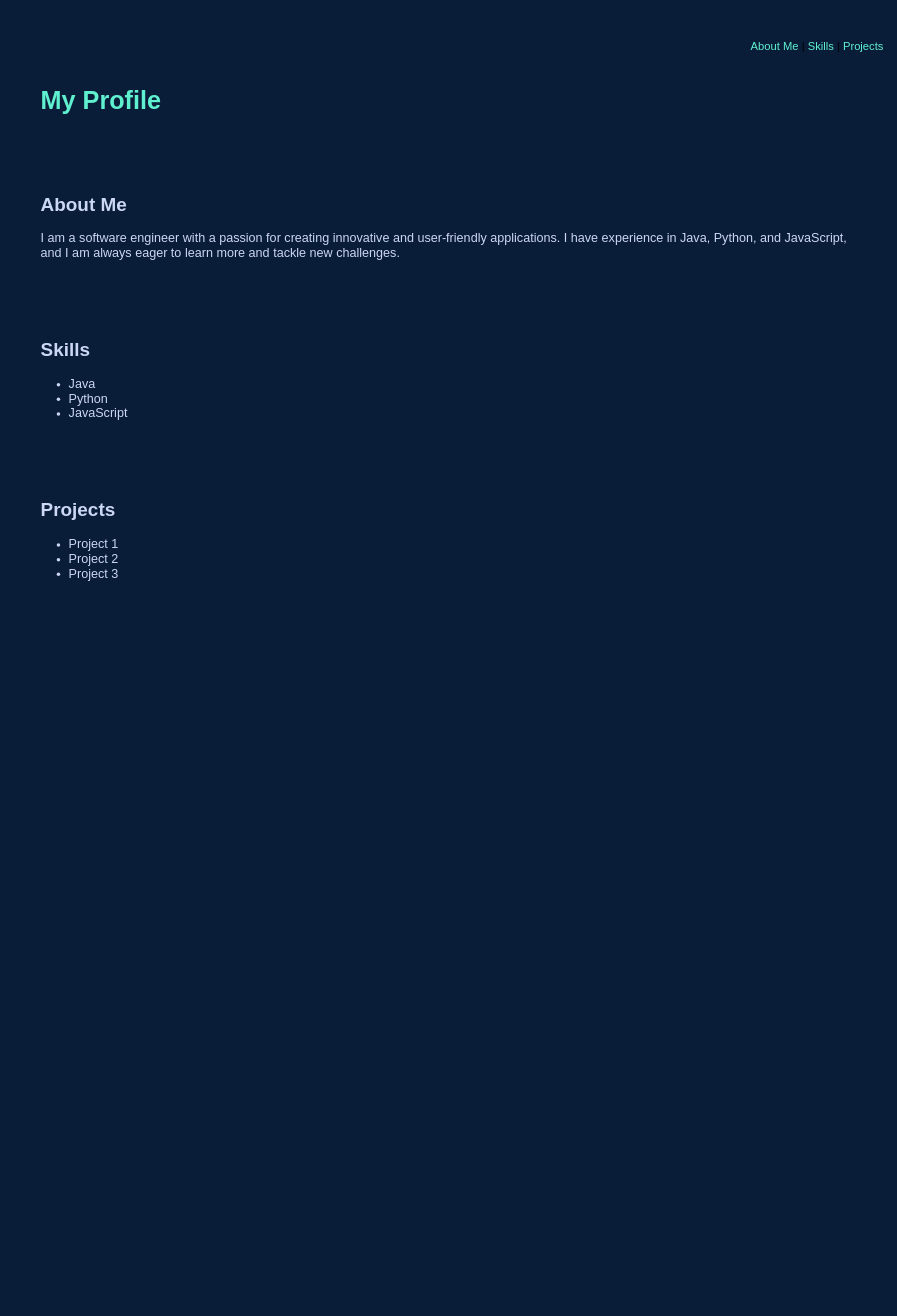
Repository: aoineco/portfolio
Page: index.html
These files come from the project's save history. The page is drawn as it stood at one moment and after the next save; the edit follows.
The browser window is 1280 px wide. The page is 1282 px wide, then 1280 px, so the pictures cover 1282 px, including what lies to the right of the window. The pictures show the part of the page from y = 0 to 1880 px (the page is 15720 px tall before and 15680 px after), at 70% of full size.

Above is the page before, as saved 2023-02-10 11:57:56.

### index.html
<!DOCTYPE html>
<html>

<head>
    <meta charset="UTF-8">
    <title>Kiyomi Masaya</title>
    <link rel="stylesheet" type="text/css" href="style.css">
</head>

<body>
    <header>
        <nav>
            <a href="#about-me">About Me</a> |
            <a href="#skills">Skills</a> |
            <a href="#projects">Projects</a>
        </nav>
    </header>
    <main>
        <h1>My Profile</h1>
        <section id="about-me">
            <h2>About Me</h2>
            <p>I am a software engineer with a passion for creating innovative and user-friendly applications. I have
                experience in Java, Python, and JavaScript, and I am always eager to learn more and tackle new challenges.
            </p>
        </section>
        <section id="skills">
            <h2>Skills</h2>
            <ul>
                <li>Java</li>
                <li>Python</li>
                <li>JavaScript</li>
            </ul>
        </section>
        <section id="projects">
            <h2>Projects</h2>
            <ul>
                <li>Project 1</li>
                <li>Project 2</li>
                <li>Project 3</li>
            </ul>
        </section>
        <br><br><br><br><br><br><br><br><br><br><br><br><br><br><br><br><br><br><br><br><br><br><br><br><br><br><br><br><br><br><br><br><br><br><br><br><br><br><br><br><br><br><br><br><br><br><br><br><br><br><br><br><br><br><br><br><br><br><br><br><br><br><br><br><br><br><br><br><br><br><br><br><br><br><br><br><br><br><br><br><br><br><br><br><br><br><br><br><br><br><br><br><br><br><br><br><br><br><br><br><br><br><br><br><br><br><br><br><br><br><br><br><br><br><br><br><br><br><br><br><br><br><br><br><br><br><br><br><br><br><br><br><br><br><br><br><br><br><br><br><br><br><br><br><br><br><br><br><br><br><br><br><br><br><br><br><br><br><br><br><br><br><br><br><br><br><br><br><br><br><br><br><br><br><br><br><br><br><br><br><br><br><br><br><br><br><br><br><br><br><br><br><br><br><br><br><br><br><br><br><br><br><br><br><br><br><br><br><br><br><br><br><br><br><br><br><br><br><br><br><br><br><br><br><br><br><br><br><br><br><br><br><br><br><br><br><br><br><br><br><br><br><br><br><br><br><br><br><br><br><br><br><br><br><br><br><br><br><br><br><br><br><br><br><br><br><br><br><br><br><br><br><br><br><br><br><br><br><br><br><br><br><br><br><br><br><br><br><br><br><br><br><br><br><br><br><br><br><br><br><br><br><br><br><br><br><br><br><br><br><br><br><br><br><br><br><br><br><br><br><br><br><br><br><br><br><br><br><br><br><br><br><br><br><br><br><br><br><br><br><br><br><br><br><br><br><br><br><br><br><br><br><br><br><br><br><br><br><br><br><br><br><br><br><br><br><br><br><br><br><br><br><br><br><br><br><br><br><br><br><br><br><br><br><br><br><br><br><br><br><br><br><br><br><br><br><br><br><br><br><br><br><br><br><br><br><br><br><br><br><br><br><br><br><br><br><br><br><br><br><br><br><br><br><br><br><br><br><br><br><br><br><br><br><br><br><br><br><br><br><br><br><br><br><br><br><br><br><br><br><br><br><br><br><br><br><br><br><br><br><br><br><br><br><br><br><br><br><br><br><br><br><br><br><br><br><br><br><br><br><br><br><br><br><br><br><br><br><br><br><br><br><br><br><br><br><br><br><br><br><br><br><br><br><br><br><br><br><br><br><br><br><br><br><br><br><br><br><br><br><br><br><br><br><br><br><br><br><br><br><br><br><br><br><br><br><br><br><br><br><br><br><br><br><br><br><br><br><br><br><br><br><br><br><br><br><br><br><br><br><br><br><br><br><br><br><br><br><br><br><br><br><br><br><br><br><br><br><br><br><br><br><br><br><br><br><br><br><br><br><br><br><br><br><br><br><br><br><br><br><br><br><br><br><br><br><br><br><br><br><br><br><br><br><br><br><br><br><br><br><br><br><br><br><br><br><br><br><br><br><br><br><br><br><br><br><br><br><br><br><br><br><br><br><br><br><br><br><br><br><br><br><br><br><br><br><br><br><br><br><br><br><br><br><br><br><br><br><br><br><br><br><br><br><br><br><br><br><br><br><br><br><br><br><br><br><br><br><br><br><br><br><br><br><br><br><br><br><br><br><br><br><br><br><br><br><br><br><br><br><br><br><br><br><br><br><br><br><br><br><br><br><br><br><br><br><br><br><br><br><br><br><br><br><br><br><br><br><br><br><br><br><br><br><br><br><br><br><br><br><br><br><br><br><br><br><br><br><br><br><br><br><br><br><br><br><br><br><br><br><br><br><br><br><br><br><br><br><br><br><br><br><br><br><br><br><br><br><br><br><br><br><br><br><br><br><br><br><br><br><br><br><br><br><br><br><br><br><br><br><br><br><br><br><br><br><br><br><br>
        <p>aa</p>
    </main>
    <script src="/Users/kiyomimasaya/portfolio/script.js"></script>
</body>

</html>

### style.css
body {
    font-family: Arial, sans-serif;
    padding: 30px;
    background-color: #0a1d38;
}
header nav {
    float: right;
}

header {
    width: 100%;
}

h1 {
    font-size: 36px;
    margin-bottom: 20px;
    color: #5ff0d0;

}

section {
    padding-top: 50px;
    font-size: 18px;
    margin-bottom: 20px;
    color: #ccd6f6;
}

nav a {
    color: #5ff0d0;
    text-decoration: none;
}

main {
    padding: 20px;
}

section {
    margin: 40px 0;
}

### script.js

window.onscroll = function () {
    var header = document.querySelector("header");
    if (window.pageYOffset > 50) {
        header.style.backgroundColor = "#0a1d38";
        header.style.boxShadow = "0 2px 4px rgba(0, 0, 0, 0.1)";
        header.style.padding = "10px";
        `header.style.width = "100%";`
        header.style.position = "fixed";
        header.style.top = "0";
    } else {
        header.style.backgroundColor = "transparent";
        header.style.boxShadow = "none";
        header.style.padding = "20px";
        header.style.position = "relative";
    }
};

After the next save:
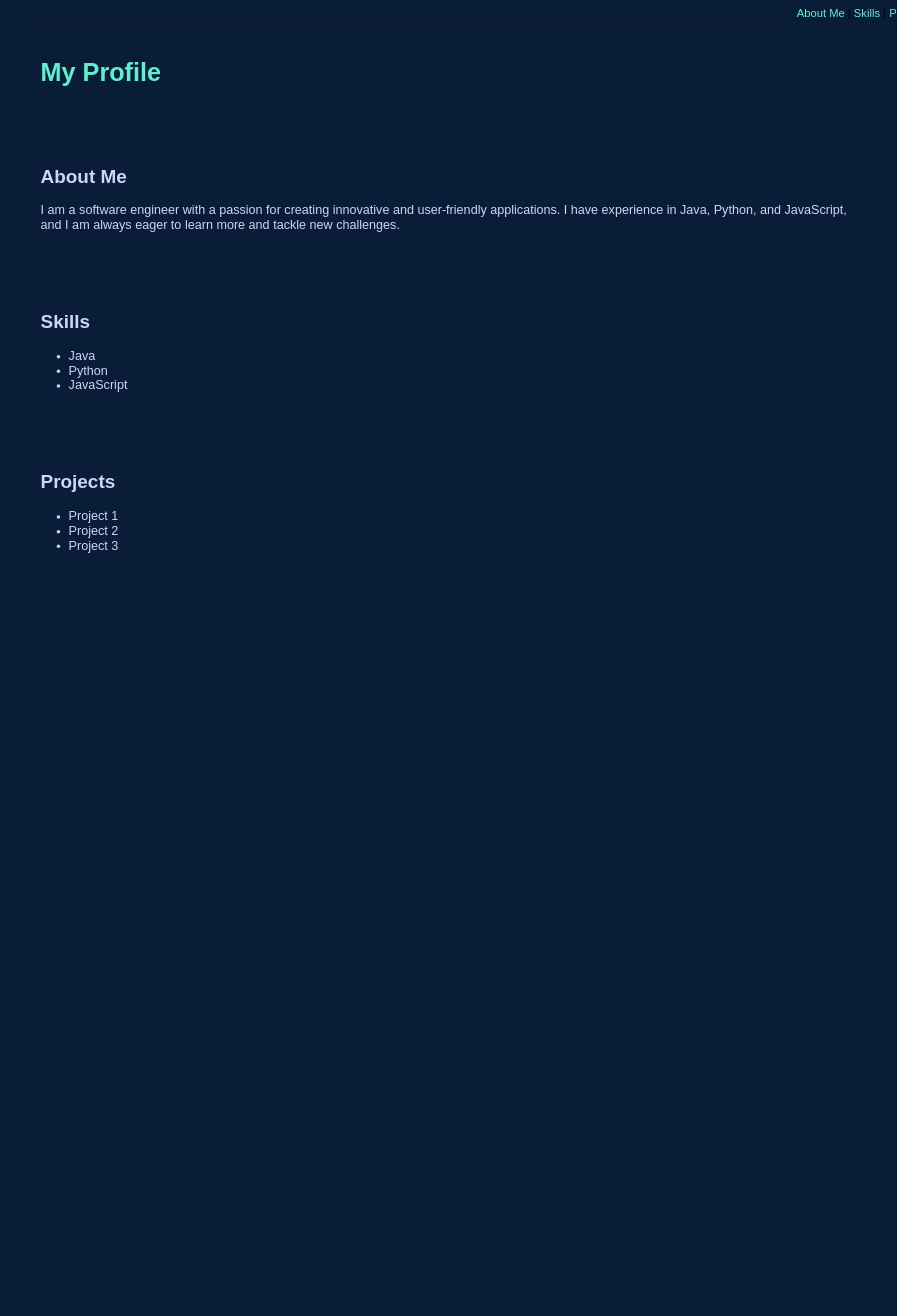
Saved 31 s later.
--- a/script.js
+++ b/script.js
@@ -8,10 +8,10 @@ window.onscroll = function () {
         `header.style.width = "100%";`
         header.style.position = "fixed";
         header.style.top = "0";
-    } else {
+    } /* else {
         header.style.backgroundColor = "transparent";
         header.style.boxShadow = "none";
         header.style.padding = "20px";
         header.style.position = "relative";
-    }
+    } */
 };
